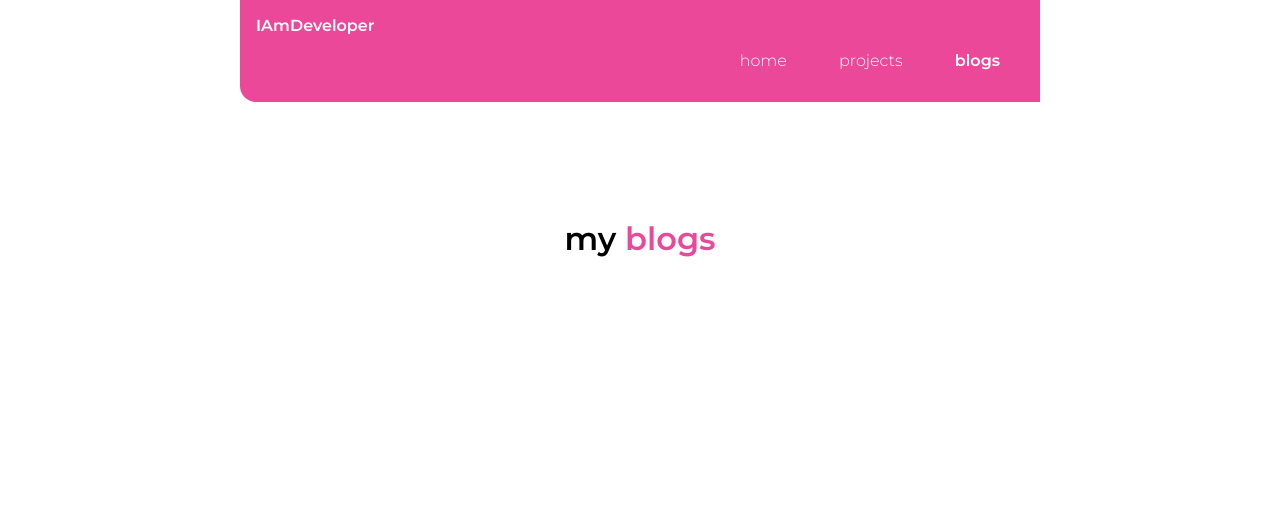
Repository: sohan2503001/Portfolio
Page: blogs.html
An editor plug-in stored every save of this project. The page is shown before and after the next save, followed by the edit.
The browser window is 1280 px wide. The pictures show the whole page.

Above is the page before, as saved 2021-04-10 13:47:19.

### blogs.html
<!DOCTYPE html>
<html lang="en">
<head>
    <meta charset="UTF-8">
    <meta name="viewport" content="width=device-width, initial-scale=1.0">
    <title>Blogs | Sohan</title>
    <link rel="stylesheet" href="style.css">
</head>
<body>
    <nav class="navigation container">
        <div class="nav-brand">IAmDeveloper</div>
        <ul class="list-non-bullet nav-pills">
          <li class="list-item-inline">
            <a class="link" href="/">home</a>
          </li>
          <li class="list-item-inline">
            <a class="link " href="projects.html">projects</a>
          </li>
          <li class="list-item-inline">
            <a class="link link-active" href="blogs.html">blogs</a>
          </li>
        </ul>
      </nav>


    <header class="hero">
        <h1 class="hero-heading">my<span class="heading-inverted"> blogs</span></h1>
    </header>
</body>
</html>

### style.css
@import url('https://fonts.googleapis.com/css2?family=Montserrat:wght@300;600&display=swap');

:root{
    --primary-color: #EC4899;
    --dark-gray: #4B5563;
    --off-white: #FBCFE8;
}

body {
    font-family: 'Montserrat', sans-serif;
    margin: auto;
    max-width: 800px;
    width: 100%;
}

hr{
    margin: 2rem 0rem;
}

/** container **/
.container{
    padding: 0rem 1rem;
}

.container-center{
    max-width: 600px;
    margin: auto;
}

/** links **/
.link{
    text-decoration: none;
    padding: 0.5rem 1rem;
    /*margin: 1rem 0rem 1rem 0rem;*/
}

.link-primary{
    background-color: var(--primary-color);
    border-radius: 0.5rem;
    color:white;
}

.link-secondary{
    color: var(--primary-color);
    border-radius: 0.5rem;
    border: 1px solid var(--primary-color);
}

/** lists **/

.list-non-bullet{
    list-style: none;
}

.list-item-inline{
    display: inline;
    padding: 0rem 0.5rem;
}

/** navigation **/

.navigation{
    background-color: var(--primary-color);
    color: white;
    padding: 1rem;
    border-bottom-left-radius: 1rem;
}

.navigation .nav-brand{
    font-weight: bold;
}

.navigation .nav-pills{
    text-align: right;
}

.navigation .link{
    color: white;
}

.navigation .link-active{
    font-weight: bold;
}

/**header **/

.hero{
    padding: 2rem;
    padding-top: 5rem;
}

.hero .hero-img{
    max-width: 350px;
    display: block;
    margin: auto;
}

.hero .hero-heading{
    padding-top: 1rem;
    color: var(--dark-red);
    text-align: center;
}

.hero .hero-heading .heading-inverted{
    color: var(--primary-color)
}

/** section **/
.section{
    padding: 2rem;
}

.section h1{
    text-align: center;
}

.ow {
    background-color: var(--off-white);
}

/**footer **/

.footer{
    background-color: var(--primary-color);
    padding: 2rem 1rem;
    text-align: center;
    color: white;
    border-top-right-radius: 1rem;
    position: relative;
}

.footer .link{
    color: white;
}

.footer .footer-header{
    font-weight: bold;
    font-size: large;
}

.footer ul{
    padding-inline-start: 0px;
}

After the next save:
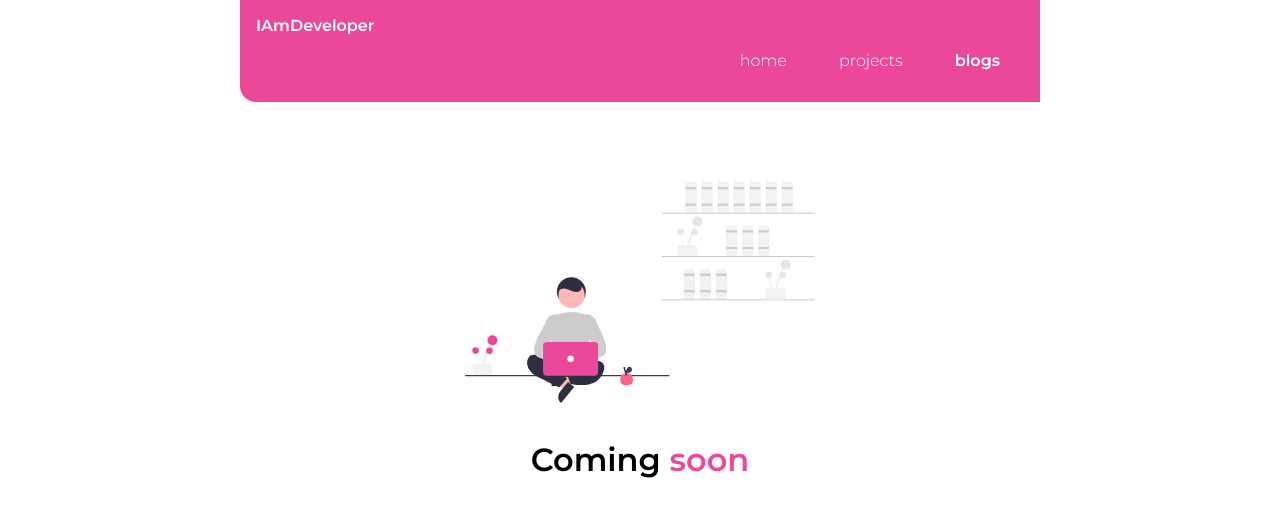
Saved 16 min 42 s later.
--- a/blogs.html
+++ b/blogs.html
@@ -24,7 +24,8 @@
 
 
     <header class="hero">
-        <h1 class="hero-heading">my<span class="heading-inverted"> blogs</span></h1>
+      <img class="hero-img" src="images/hero.svg" alt="" />
+        <h1 class="hero-heading">Coming<span class="heading-inverted"> soon</span></h1>
     </header>
 </body>
 </html>
